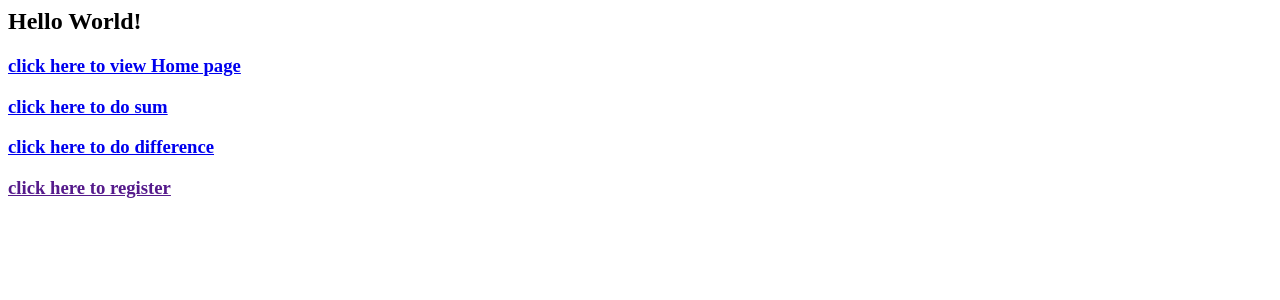
Repository: BharathiGongati/SEHE5Hibernate
Page: http://localhost/MVCProject/
The author's editor kept a copy of each file at every save. The page is drawn from the files as they stood at one save, then again after the next save.
The browser window is 1280 px wide. The pictures show the whole page.
The page is served by Tomcat 9.

Above is the page before, as saved 2023-07-13 15:34:24.

After the next save:
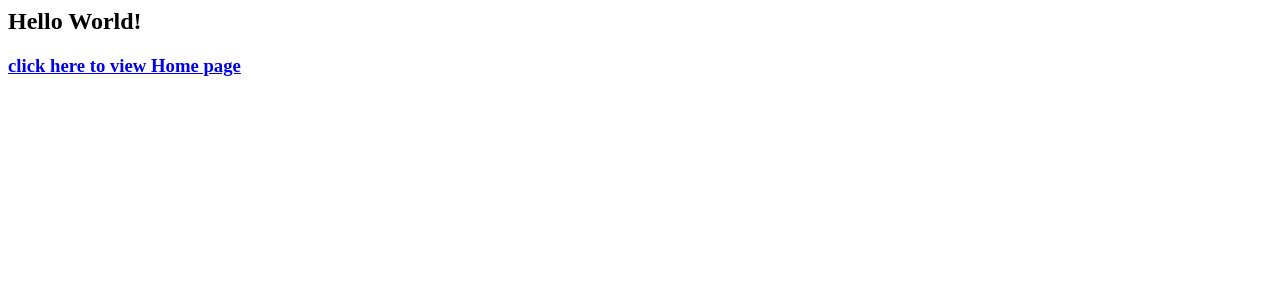
Saved 15 s later.
--- a/SEHE7/MVCProject/src/main/webapp/index.jsp
+++ b/SEHE7/MVCProject/src/main/webapp/index.jsp
@@ -2,8 +2,6 @@
 <body>
 <h2>Hello World!</h2>
 <h3><a href="open-home">click here to view Home page</a></h3>
-<h3> <a href="sum.jsp"> click here to do sum</a></h3>
-<h3> <a href="diff.jsp"> click here to do difference</a></h3>
-<h3><a href=""> click here to register</a></h3>
+
 </body>
 </html>
